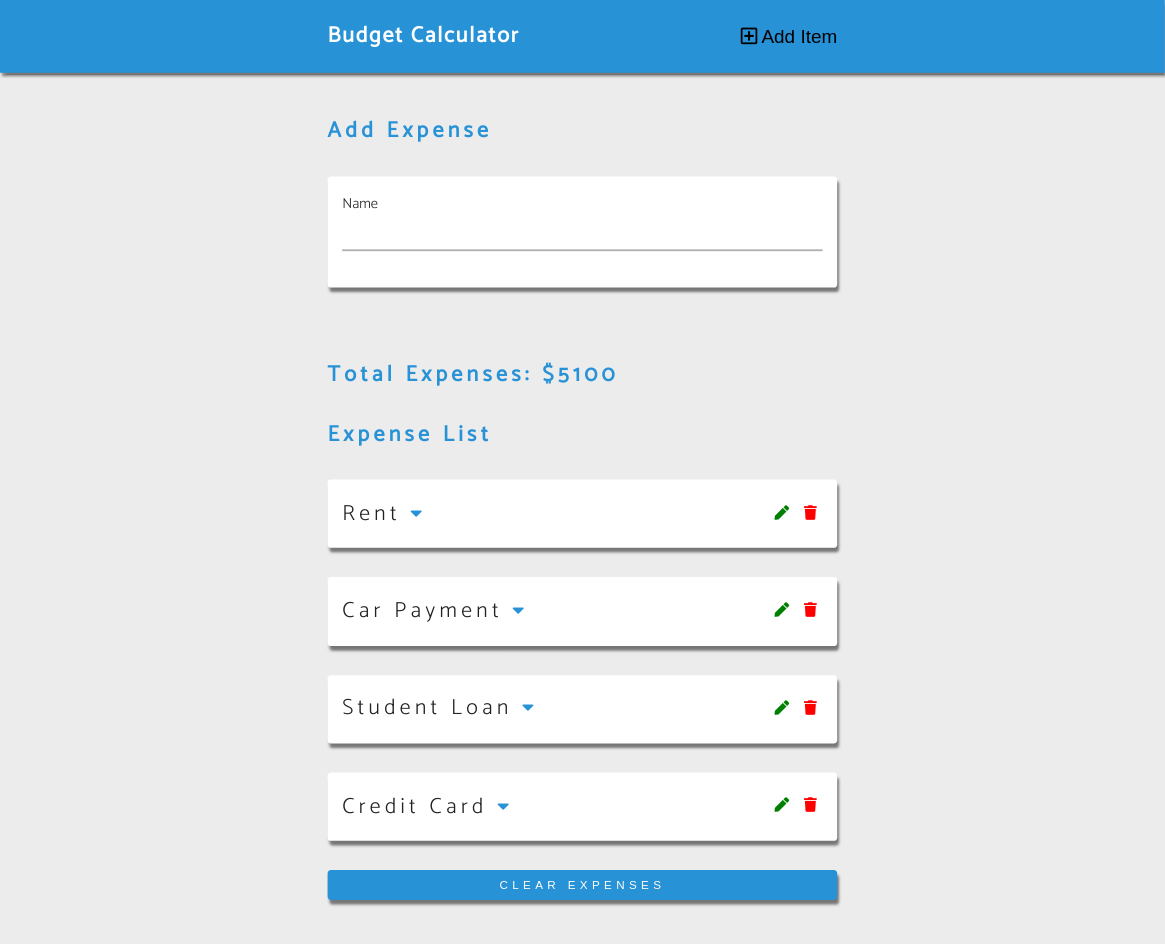
Repository: webdril/budget
Page: /
These files come from the project's save history. The page is drawn as it stood at one moment and after the next save; the edit follows.
The browser window is 1280 px wide. The pictures show the whole page, at 91% of full size.
The project was rebuilt for these pictures with package versions that can differ from the ones it lists, and the page was loaded fresh each time.

Above is the page before, as saved 2020-03-13 21:23:13.

After the next save:
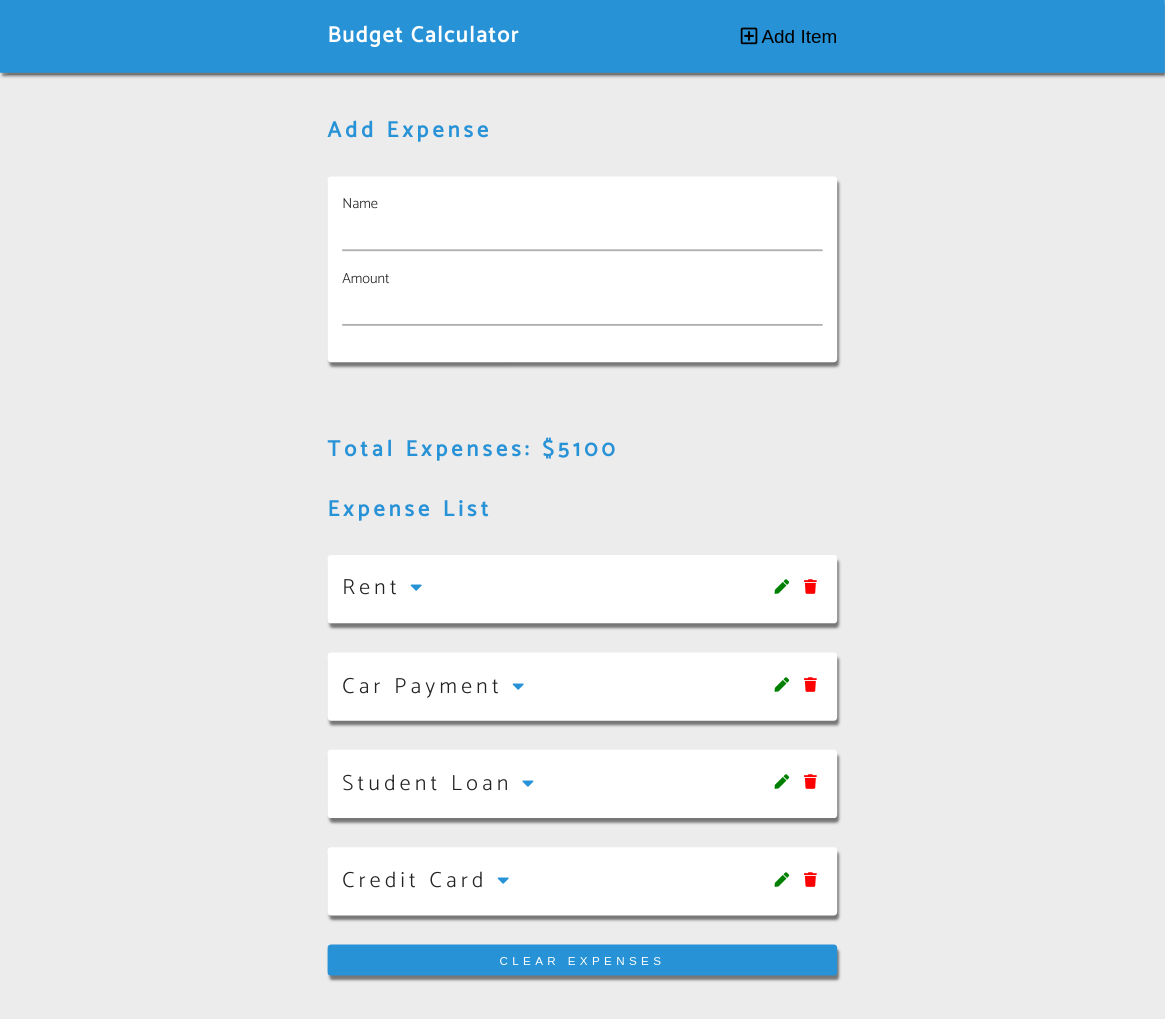
Saved 56 s later.
--- a/src/ExpenseForm.svelte
+++ b/src/ExpenseForm.svelte
@@ -9,5 +9,9 @@ import Title from './Title.svelte'
             <label for="name">Name</label>
             <input type="text" id="name" />
         </div>
+        <div class="form-control">
+            <label for="amount">amount</label>
+            <input type="number" id="amount" />
+        </div>
     </form>
 </section>
